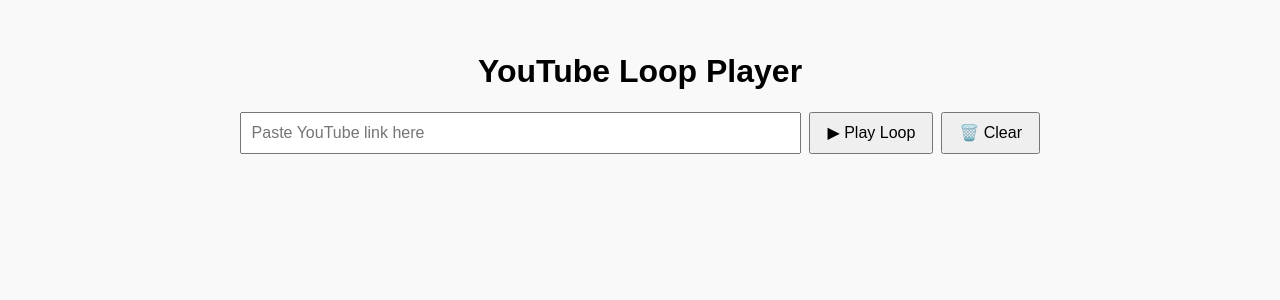
Repository: woojooin/youtubeloop
Page: index.html
The author's editor kept a copy of each file at every save. The page is drawn from the files as they stood at one save, then again after the next save.
The browser window is 1280 px wide. The pictures show the whole page.

Above is the page before, as saved 2025-07-07 18:38:54.

### index.html
<!DOCTYPE html>
<html lang="en">

<head>
  <meta charset="UTF-8" />
  <meta name="viewport" content="width=device-width, initial-scale=1.0" />
  <title>YouTube Loop</title>
  <style>
    body {
      font-family: sans-serif;
      text-align: center;
      padding: 2rem;
      margin: 0;
      background: #f9f9f9;
    }

    .container {
      max-width: 800px;
      margin: auto;
    }

    .input-row {
      display: flex;
      justify-content: center;
      gap: 0.5rem;
      flex-wrap: wrap;
    }

    input {
      flex: 1 1 60%;
      min-width: 200px;
      padding: 0.6rem;
      font-size: 1rem;
    }

    button {
      flex: 0 0 auto;
      padding: 0.6rem 1rem;
      font-size: 1rem;
    }

    iframe {
      margin-top: 1.5rem;
      width: 100%;
      aspect-ratio: 16 / 9;
      border: none;
    }
  </style>
</head>

<body>
  <div class="container">
    <h1>YouTube Loop Player</h1>

    <div class="input-row">
      <input type="text" id="ytUrl" placeholder="Paste YouTube link here" onkeypress="handleEnter(event)" />
      <button onclick="handleLoop()">▶ Play Loop</button>
      <button onclick="clearInput()">🗑️ Clear</button>
    </div>

    <div id="playerContainer"></div>
  </div>

  <script>
    let currentVideoId = null;

    function extractVideoId(url) {
      try {
        const parsed = new URL(url);
        if (parsed.hostname.includes('youtu.be')) {
          return parsed.pathname.slice(1);
        }
        return parsed.searchParams.get('v');
      } catch {
        return null;
      }
    }

    function playVideo(videoId) {
      currentVideoId = videoId;

      // Show loading state
      const container = document.getElementById('playerContainer');
      container.innerHTML = `
        <div style="padding: 2rem; text-align: center; margin-top: 1rem;">
          <div style="display: inline-block; width: 40px; height: 40px; border: 4px solid #f3f3f3; border-top: 4px solid #007bff; border-radius: 50%; animation: spin 1s linear infinite;"></div>
          <p style="margin-top: 1rem;">동영상을 로딩 중...</p>
        </div>
        <style>
          @keyframes spin {
            0% { transform: rotate(0deg); }
            100% { transform: rotate(360deg); }
          }
        </style>
      `;

      // Create iframe with sound and autoplay directly
      const embedUrl = `https://www.youtube.com/embed/${videoId}?autoplay=1&loop=1&playlist=${videoId}`;

      const iframe = document.createElement('iframe');
      iframe.src = embedUrl;
      iframe.allow = "autoplay; encrypted-media";
      iframe.allowFullscreen = true;
      iframe.style.width = '100%';
      iframe.style.aspectRatio = '16 / 9';
      iframe.style.border = 'none';
      iframe.style.marginTop = '1.5rem';

      // Clear loading and add iframe
      container.innerHTML = '';
      container.appendChild(iframe);

      // Add mute/unmute button for mobile
      const audioButton = document.createElement('div');
      audioButton.style.cssText = 'text-align: center; margin-top: 1rem;';
      audioButton.innerHTML = `
        <button id="audioToggleBtn" onclick="toggleMute('${videoId}')"
                style="padding: 0.8rem 1.5rem; background: transparent; color: #dc3545; border: 2px solid #dc3545; border-radius: 6px; cursor: pointer; font-size: 0.9rem; font-weight: bold; transition: all 0.2s ease;">
          🔇 Sound OFF
        </button>
      `;
      container.appendChild(audioButton);

      // Always add ListenOnRepeat button
      const redirectButton = document.createElement('div');
      redirectButton.style.cssText = 'text-align: center; margin-top: 0.5rem;';
      redirectButton.innerHTML = `
        <button onclick="redirectToListenOnRepeat('${videoId}')"
                style="padding: 0.8rem 1.5rem; background: transparent; color: #007bff; border: 2px solid #007bff; border-radius: 6px; cursor: pointer; font-size: 0.9rem; font-weight: bold; transition: all 0.2s ease;">
          🔗 Try with ListenOnRepeat
        </button>
      `;
      container.appendChild(redirectButton);

      // Check for 'Video unavailable' message
      setTimeout(() => {
        try {
          const iframeDoc = iframe.contentDocument || iframe.contentWindow.document;
          if (iframeDoc && iframeDoc.body) {
            const bodyText = iframeDoc.body.textContent || iframeDoc.body.innerText || '';
            if (bodyText.includes('Video unavailable')) {
              console.log('Video unavailable detected, redirecting to ListenOnRepeat');
              redirectToListenOnRepeat(videoId);
            }
          }
        } catch (e) {
          // CORS error, but continue - video might be working
          console.log('CORS error during check, but video might be working');
        }
      }, 3000);
    }

    function toggleAudio(videoId) {
      // Create a new iframe without mute parameter
      const embedUrl = `https://www.youtube.com/embed/${videoId}?autoplay=1&loop=1&playlist=${videoId}`;

      const iframe = document.createElement('iframe');
      iframe.src = embedUrl;
      iframe.allow = "autoplay; encrypted-media";
      iframe.allowFullscreen = true;
      iframe.style.width = '100%';
      iframe.style.aspectRatio = '16 / 9';
      iframe.style.border = 'none';
      iframe.style.marginTop = '1.5rem';

      // Replace the current iframe
      const container = document.getElementById('playerContainer');
      const currentIframe = container.querySelector('iframe');
      if (currentIframe) {
        container.replaceChild(iframe, currentIframe);
      }

      // Update the button text and onclick - toggle to OFF
      const audioButton = document.getElementById('audioToggleBtn');
      if (audioButton) {
        audioButton.innerHTML = '🔇 Sound OFF';
        audioButton.style.color = '#dc3545';
        audioButton.style.borderColor = '#dc3545';
        audioButton.onclick = () => toggleMute(videoId);
      }
    }

    function toggleMute(videoId) {
      // Create a new iframe with mute parameter
      const embedUrl = `https://www.youtube.com/embed/${videoId}?autoplay=1&mute=1&loop=1&playlist=${videoId}`;

      const iframe = document.createElement('iframe');
      iframe.src = embedUrl;
      iframe.allow = "autoplay; encrypted-media";
      iframe.allowFullscreen = true;
      iframe.style.width = '100%';
      iframe.style.aspectRatio = '16 / 9';
      iframe.style.border = 'none';
      iframe.style.marginTop = '1.5rem';

      // Replace the current iframe
      const container = document.getElementById('playerContainer');
      const currentIframe = container.querySelector('iframe');
      if (currentIframe) {
        container.replaceChild(iframe, currentIframe);
      }

      // Update the button text and onclick - toggle to ON
      const audioButton = document.getElementById('audioToggleBtn');
      if (audioButton) {
        audioButton.innerHTML = '🔊 Sound ON';
        audioButton.style.color = '#28a745';
        audioButton.style.borderColor = '#28a745';
        audioButton.onclick = () => toggleAudio(videoId);
      }
    }

    function redirectToListenOnRepeat(videoId) {
      const url = `https://listenonrepeat.com/watch?v=${videoId}&autoplay=1`;
      window.location.href = url;
    }

    function handleLoop() {
      const url = document.getElementById('ytUrl').value.trim();
      handleLoopFromUrl(url);
    }

    function handleLoopFromUrl(url) {
      const videoId = extractVideoId(url);
      if (!videoId) {
        alert("Invalid YouTube URL");
        return;
      }

      playVideo(videoId);
    }

    function handleEnter(event) {
      if (event.key === "Enter") {
        handleLoop();
      }
    }

    function clearInput() {
      document.getElementById('ytUrl').value = '';
      document.getElementById('playerContainer').innerHTML = '';
      currentVideoId = null;
    }

    window.onload = () => {
      const paramUrl = new URLSearchParams(window.location.search).get('url');
      if (paramUrl) {
        document.getElementById('ytUrl').value = paramUrl;
        handleLoopFromUrl(paramUrl);
      } else {
        // Check clipboard for YouTube URL
        checkClipboardForYouTubeUrl();
      }
    };

    async function checkClipboardForYouTubeUrl() {
      try {
        const clipboardText = await navigator.clipboard.readText();
        if (clipboardText && extractVideoId(clipboardText)) {
          document.getElementById('ytUrl').value = clipboardText;
          // Don't auto-play, just fill the input
        }
      } catch (error) {
        // Clipboard access might be denied, ignore silently
        console.log('Clipboard access denied or not available');
      }
    }
  </script>
</body>

</html>

After the next save:
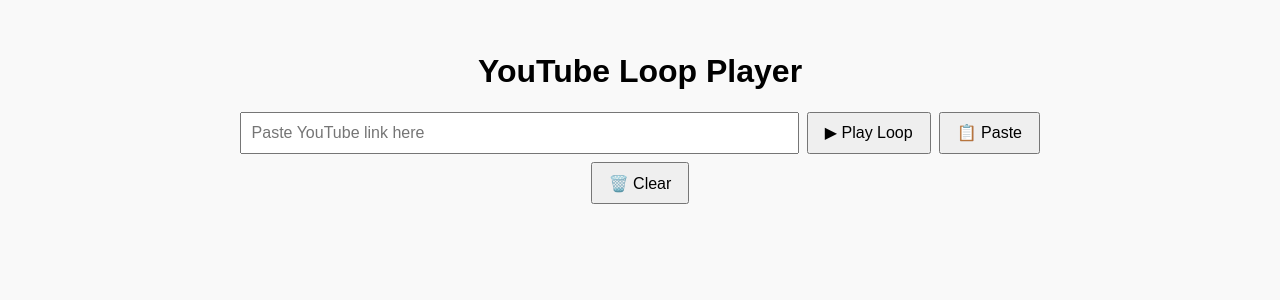
Saved 114 s later.
--- a/index.html
+++ b/index.html
@@ -55,6 +55,7 @@
     <div class="input-row">
       <input type="text" id="ytUrl" placeholder="Paste YouTube link here" onkeypress="handleEnter(event)" />
       <button onclick="handleLoop()">▶ Play Loop</button>
+      <button onclick="pasteFromClipboard()">📋 Paste</button>
       <button onclick="clearInput()">🗑️ Clear</button>
     </div>
 
@@ -242,6 +243,11 @@
       currentVideoId = null;
     }
 
+    function pasteFromClipboard() {
+      // Implementation for pasting from clipboard
+      console.log('Paste from clipboard');
+    }
+
     window.onload = () => {
       const paramUrl = new URLSearchParams(window.location.search).get('url');
       if (paramUrl) {
